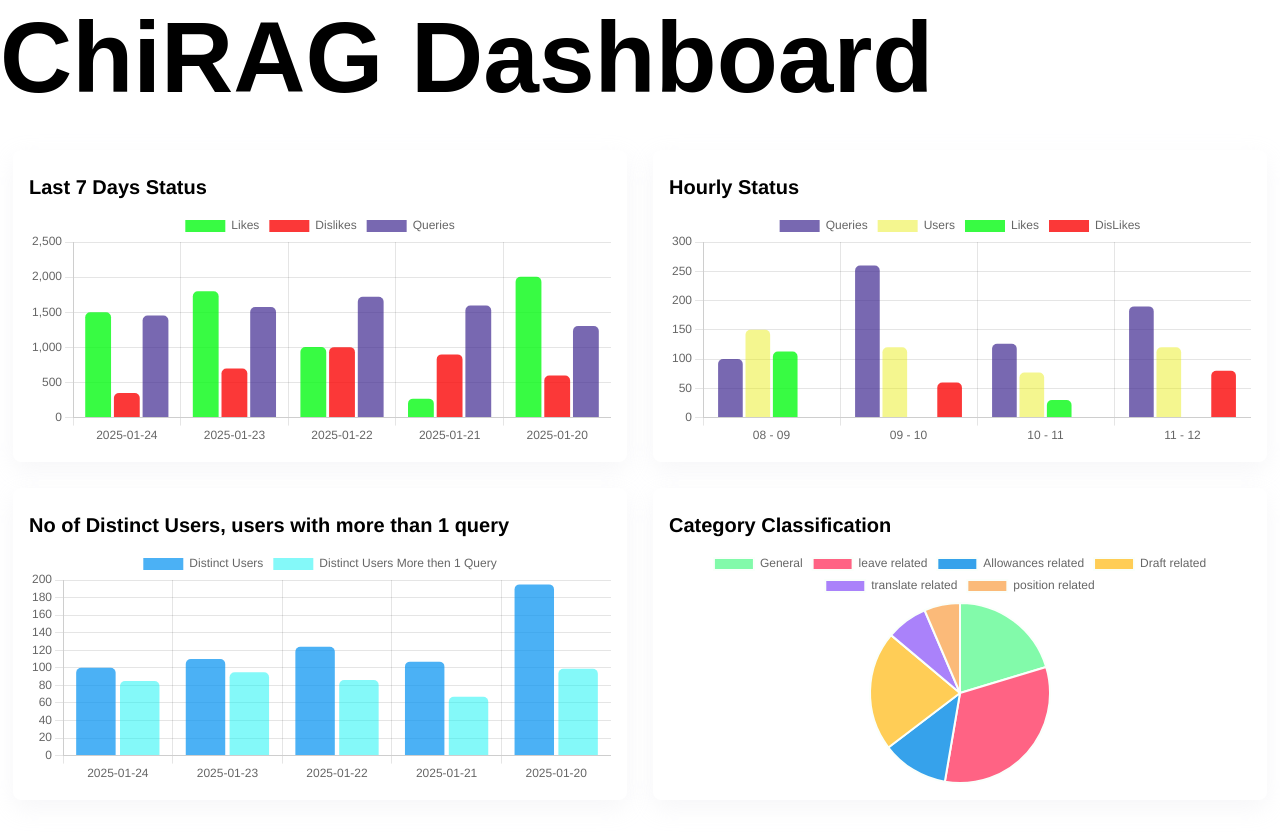
Repository: NAGARAJ-DEVELOPER/Dashboard
Page: /
These files come from the project's save history. The page is drawn as it stood at one moment and after the next save; the edit follows.
The browser window is 1280 px wide. The pictures show the whole page.
The project was rebuilt for these pictures with package versions that can differ from the ones it lists, and the page was loaded fresh each time. Also part of the build but not shown: vite.config.js.

Above is the page before, as saved 2025-02-16 15:56:13.

After the next save:
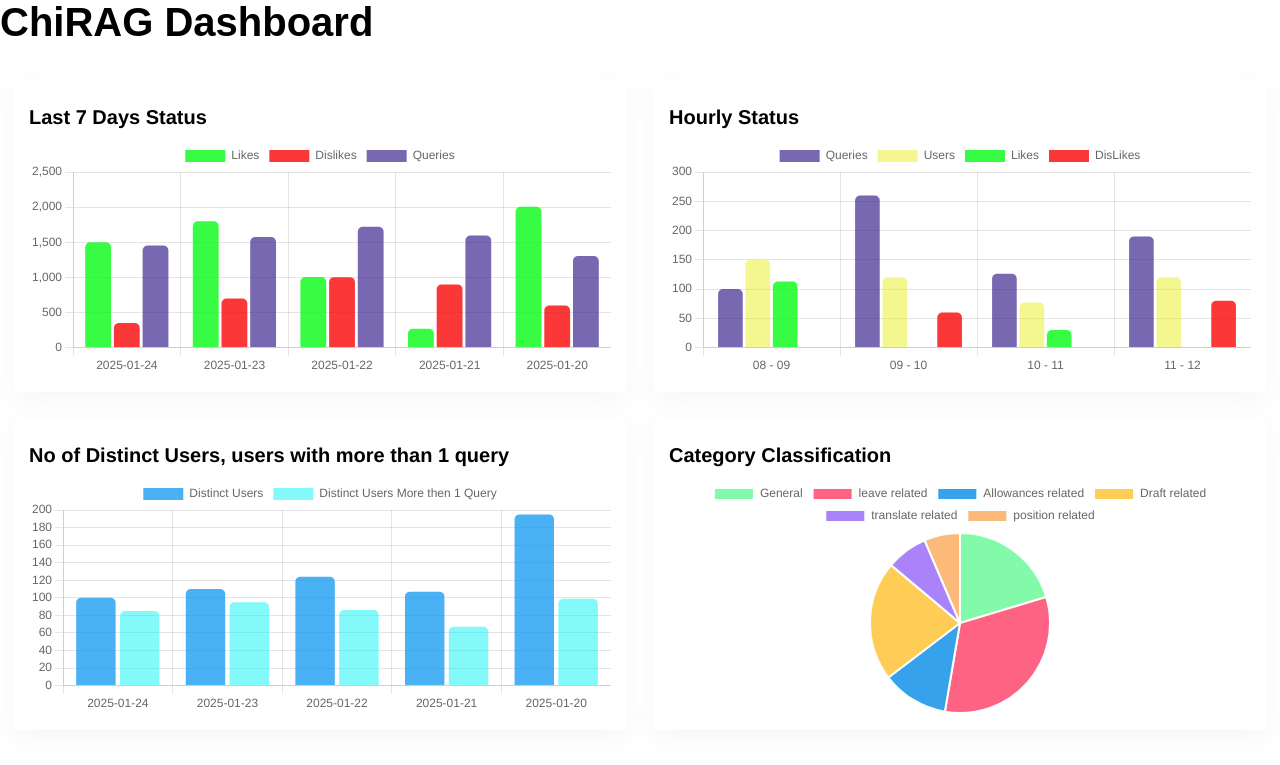
Saved 15 s later.
--- a/src/App.css
+++ b/src/App.css
@@ -12,7 +12,7 @@
   overflow: auto;
 }
 .HeaderStyle{
-  font-size: 50px;
+  font-size: 20px;
   justify-content: center;
   align-content: center;
 }
